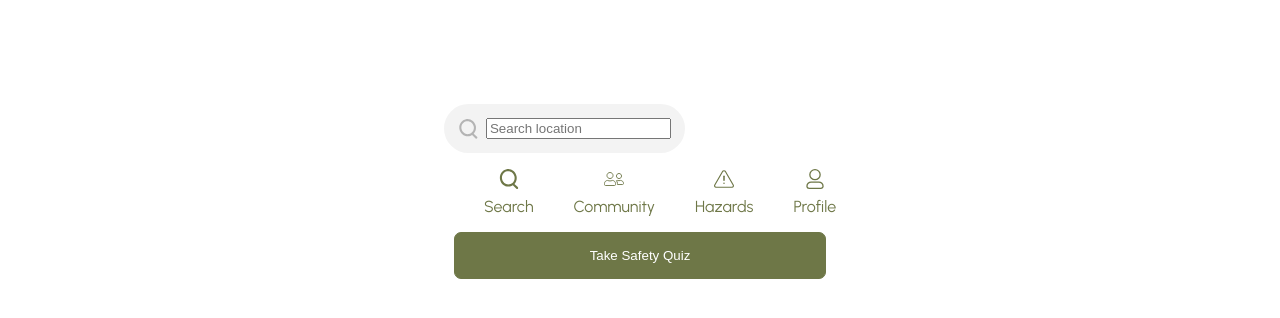
Repository: Aladdin3r/SafeCycle
Page: /
An editor plug-in stored every save of this project. The page is shown before and after the next save, followed by the edit.
The browser window is 1280 px wide. The pictures show the whole page.
The project was rebuilt for these pictures with package versions that can differ from the ones it lists, and the page was loaded fresh each time. The framework's server and built-in components were replaced by stand-ins that run in the browser.

Above is the page before, as saved 2024-04-15 11:42:59.

After the next save:
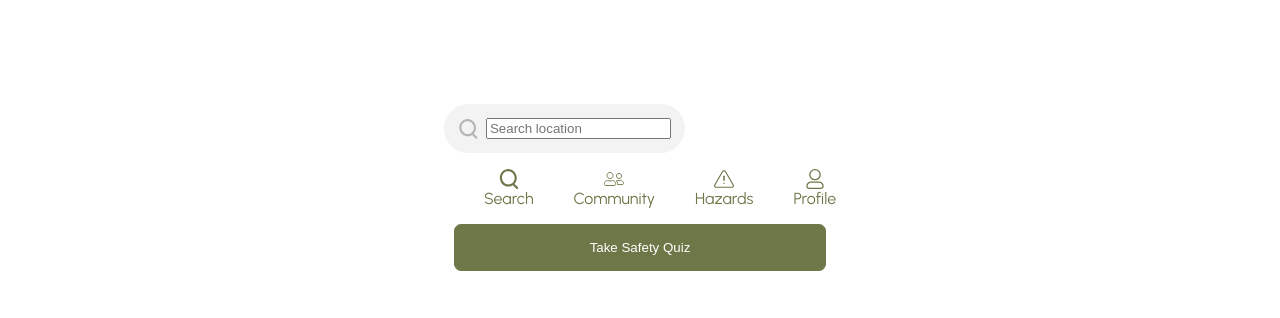
Saved 15 s later.
--- a/components/NavBar/NavBar.module.css
+++ b/components/NavBar/NavBar.module.css
@@ -32,5 +32,4 @@
     flex-direction: column;
     justify-content: center;
     align-items: center;
-    gap: 8px;
 }
